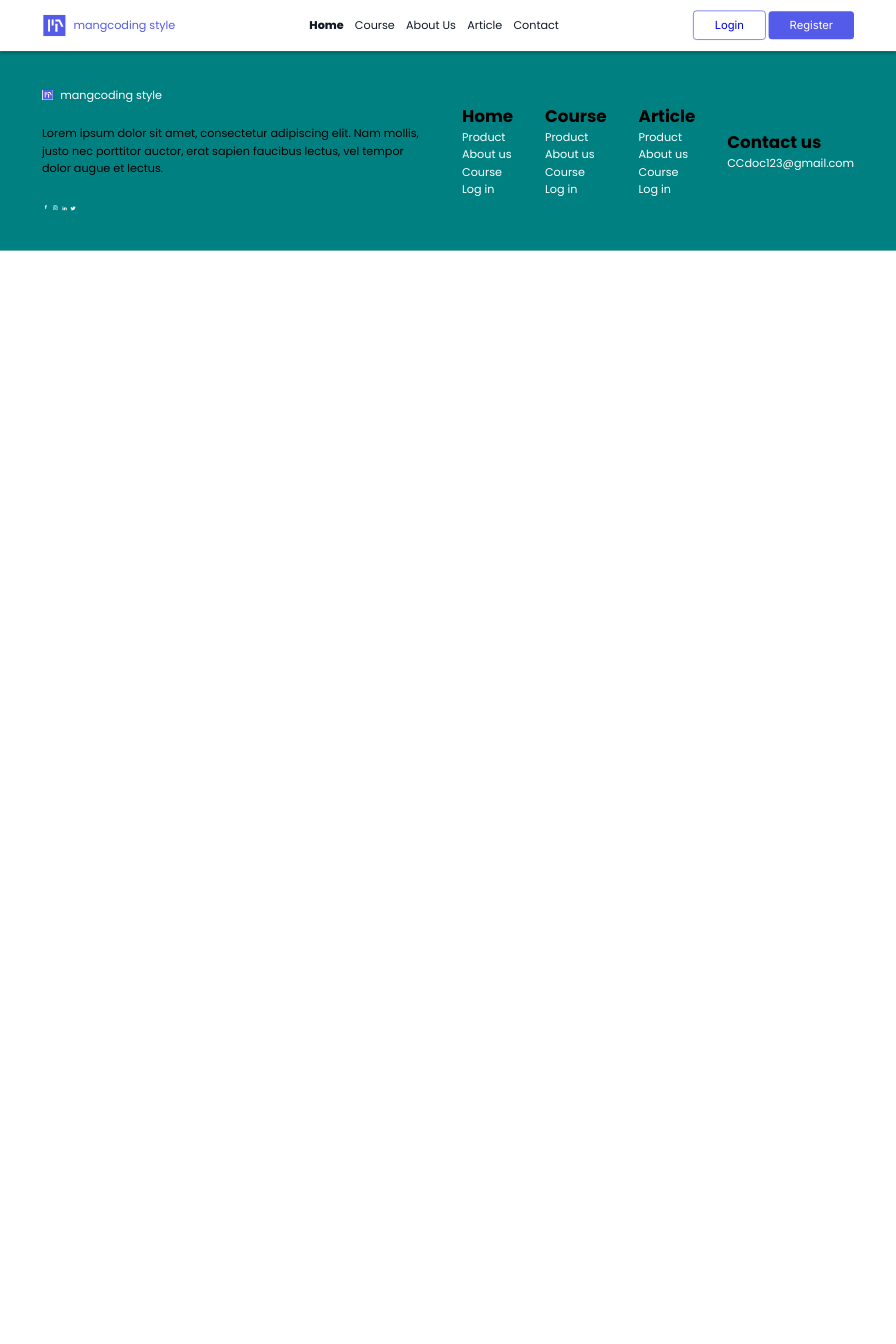
Repository: Dania-Alqam/landing-page
Page: index.html
The author's editor kept a copy of each file at every save. The page is drawn from the files as they stood at one save, then again after the next save.
The browser window is 1280 px wide. The pictures show the part of the page from y = 0 to 1920 px (the page is 5000 px tall), at 70% of full size.

Above is the page before, as saved 2024-06-21 23:55:18.

After the next save:
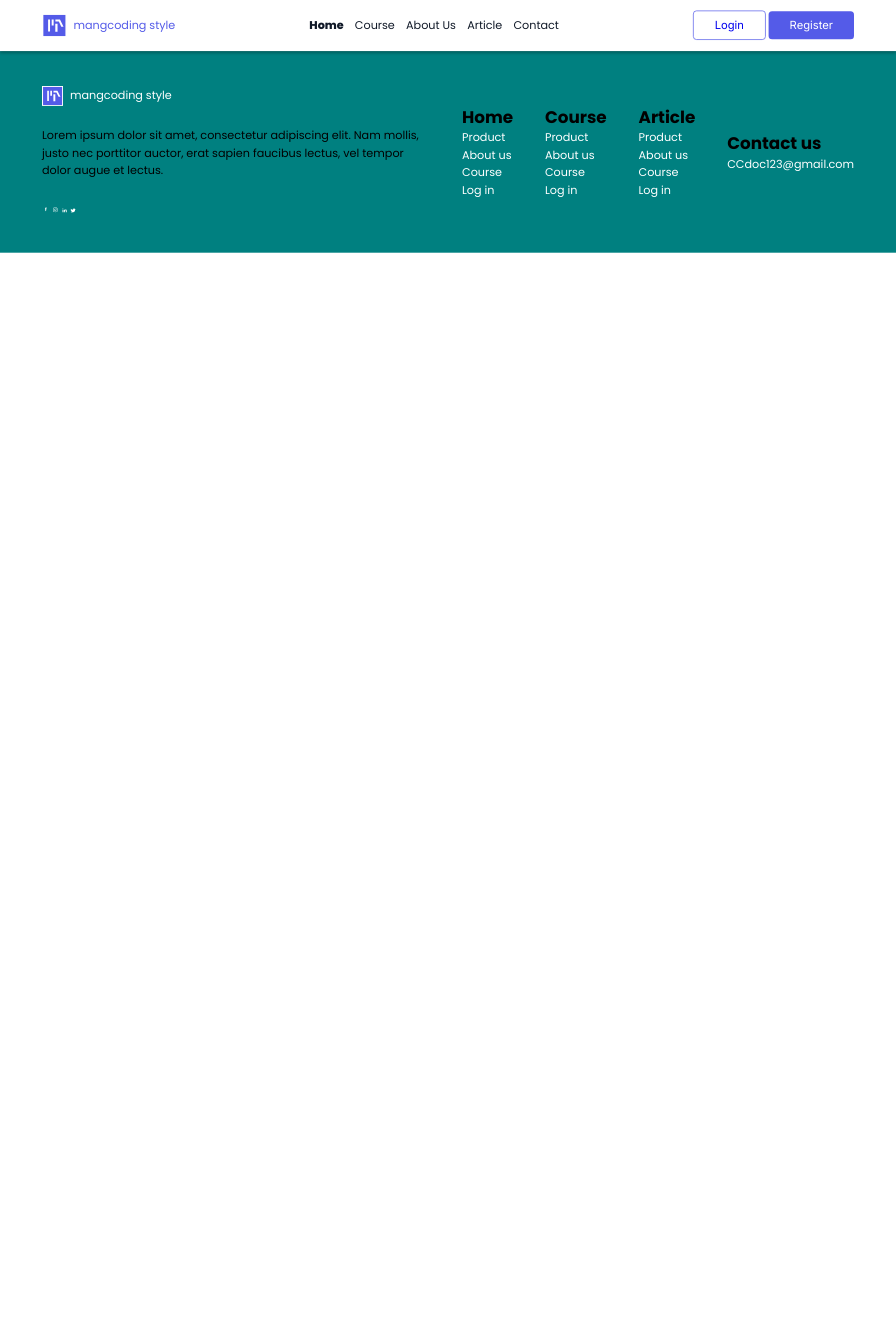
Saved 7 s later.
--- a/assests/css/main.css
+++ b/assests/css/main.css
@@ -92,5 +92,7 @@ font-weight: 800;
     gap: 10px;
     align-items: center;
 }
-.footer .footer-start .logo
+.footer .footer-start .logo img{
+    width: 30px;
+}
 /* end footer */
